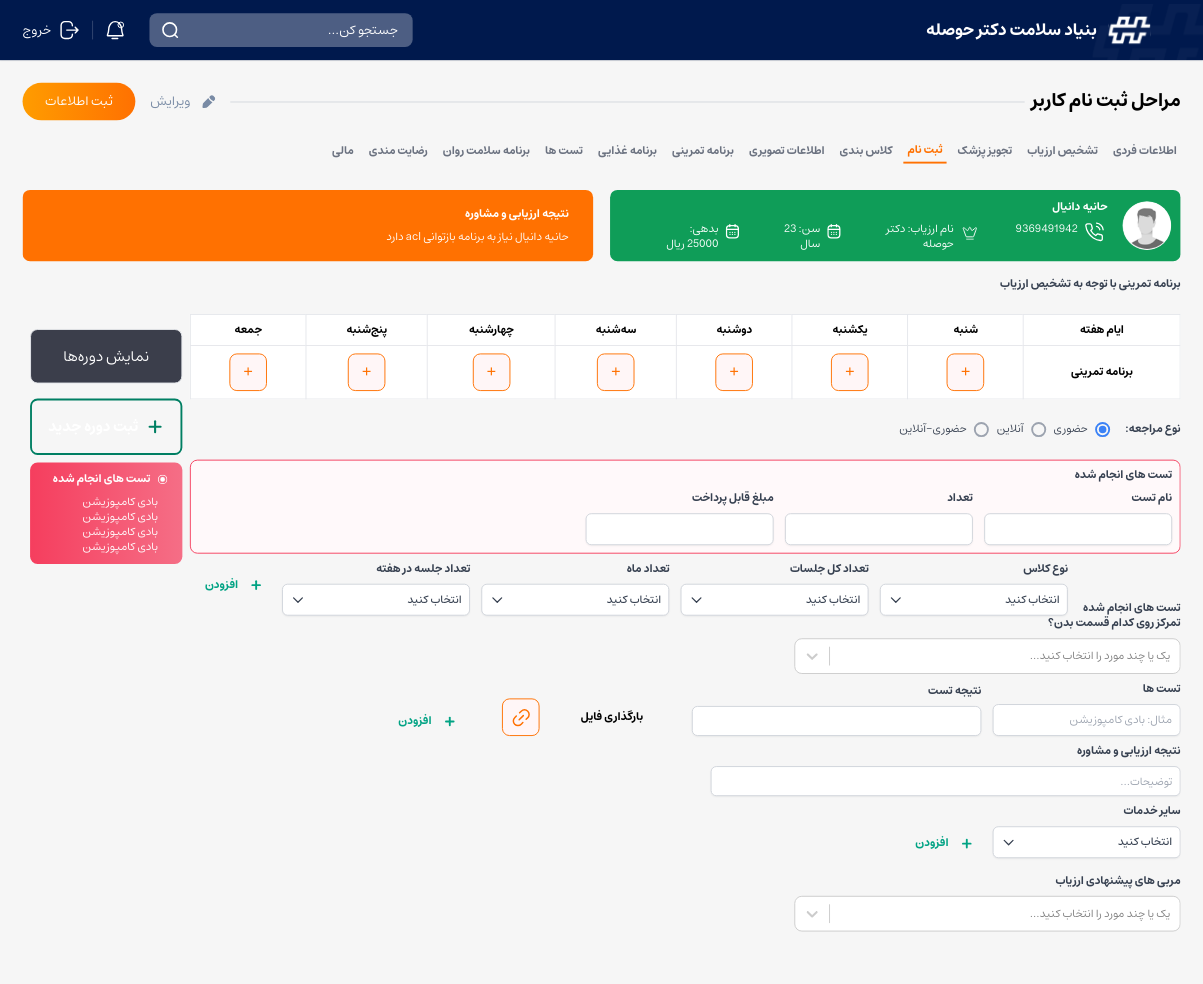
Repository: mirnajafi/ERP_hoseleh_V1.0
Page: /register, after clicking the first element matching `div.flex > :nth-child(4)`
The author's editor kept a copy of each file at every save. The page is drawn from the files as they stood at one save, then again after a run of saves.
The browser window is 1280 px wide. The pictures show the whole page, at 94% of full size.
Some web fonts or font styles are not loaded; a fallback is used. The project was rebuilt for these pictures with package versions that can differ from the ones it lists, and the page was loaded fresh each time. The framework's server and built-in components were replaced by stand-ins that run in the browser. Also part of the build but not shown: next.config.mjs, src/components/icons/trash.tsx, src/components/weekTable/weekTable.css, src/components/icons/copy.tsx, src/components/recognitionEvaluator/recognitionEvaluator.tsx.

Above is the page before, as saved 2025-02-28 23:53:01.

### src/app/layout.tsx
/* eslint-disable @next/next/no-img-element */
import type { Metadata } from "next";
import Header from "@/components/layout/Header";
import "@/app/globals.css";


export const metadata: Metadata = {
  title: "دکتر حوصله",
  description: "بنیاد سلامت دکتر حوصله",
};

export default function RootLayout({ children }: { children: React.ReactNode }) {
  return (
    <html lang="fa" dir="rtl">
      <body className="bg-dashboard-bg min-h-screen">
        {/* Header includes SidebarToggle, so no need to add Sidebar separately */}
        <Header />
        {/* Main Content Area */}
        <main className="transition-all duration-300 mt-16 p-6">
          {children}
        </main>

      </body>
    </html>
  );
}

### src/app/globals.css
@tailwind base;
@tailwind components;
@tailwind utilities;

@font-face {
  font-family: 'Estedad';
  src: url('/fonts/Estedad-Regular.woff2') format('woff2');
  font-weight: normal;
  font-style: normal;
  font-display: swap;
}

@font-face {
  font-family: 'Estedad';
  src: url('/fonts/Estedad-Bold.woff2') format('woff2');
  font-weight: bold;
  font-style: normal;
  font-display: swap;
}

@font-face {
  font-family: 'Estedad';
  src: url('/fonts/Estedad-Medium.woff2') format('woff2');
  font-weight: 500;
  font-style: normal;
  font-display: swap;
}

@font-face {
  font-family: 'Estedad';
  src: url('/fonts/Light.woff2') format('woff2');
  font-weight: 400;
  font-style: normal;
  font-display: swap;
}

@layer base {
  html {
    font-family: 'Estedad'
  }
}

### src/components/formTab/formTab.tsx
import { useState } from "react";

interface Tab {
  label: string;
  content: React.ReactNode;
}

interface TabsProps {
  tabs: Tab[];
  defaultIndex?: number;
}

const Tabs: React.FC<TabsProps> = ({ tabs, defaultIndex = 0 }) => {
  const [activeIndex, setActiveIndex] = useState(defaultIndex);

  return (
    <div className="w-full overflow-hidden">
      <div className="flex py-3 overflow-x-auto whitespace-nowrap">
        {tabs.map((tab, index) => (
          <button
            key={index}
            className={`ml-2 p-1 text-nowrap text-xs font-bold text-sm focus:outline-none ${activeIndex === index
                ? "border-b-2 border-[#FF7101] text-[#FF7101]"
                : "text-gray-500 hover:text-[#FF7101]"
              }`}
            onClick={() => setActiveIndex(index)}
          >
            {tab.label}
          </button>
        ))}
      </div>

      <div className="py-4">{tabs[activeIndex].content}</div>
    </div>
  );
};

export default Tabs;

### src/components/registration/registration.tsx
import Select from "react-select/base";
import WeekTable from "../weekTable/weekTable";
import TransparentBtn from "../transparentBtn/transparentBtn";
import Dropdown from "../dropdown/dropdown";
import InputDescription from "../inputDescription/inputDescription";
import FileUploader from "../fileUploader/fileUploader";
import Input from "../input/input";
import InformationUserBox from "../informationUserBox/informationUserBox";
import { useState } from "react";
import ResultBox from "../resultBox/resultBox";
import PlusIcon from "../icons/plus";
import LeftSideBox from "../leftSideBox/leftSideBox";
import RadioButton from "../radioBtn/radioBtn";

const Registration = () => {

    const [selectedOptions, setSelectedOptions] = useState([]);


    const handleSelect = (option: string) => {
        console.log("انتخاب شده:", option);
    };
    const handleFileUpload = (files: File[]) => {
        console.log("فایل‌های آپلود شده:", files);
    };

    const [selected, setSelected] = useState<string>("option1");


    const [selectedDay, setSelectedDay] = useState<string>("");

    const handleDaySelect = (day: string) => {
        setSelectedDay(day);
    };

    return (
        <div>
            <div className="w-full flex flex-row">
                <InformationUserBox name="حانیه دانیال" age="23" phoneNumber={'9369491942'} evaluator="دکتر حوصله" debt="25000" imageSrc="/images/defaultUser.png" className="w-1/2 lg:ml-2" />
                <ResultBox resultText={"حانیه دانیال نیاز به برنامه بازتوانی acl دارد"} className="w-1/2 lg:mr-2" />
            </div>



            <div className="flex flex-row  my-4 items-center">
                <label className="mb-2 text-xs font-bold text-gray-700 ml-2">برنامه تمرینی با توجه به تشخیص ارزیاب</label>

            </div>

            <div className="w-full flex flex-row">

                <div className="w-full flex flex-col">
                    <WeekTable
                        apiUrl="https://api.majidvalizadeh.com/jalali/next7"
                        selectedDay={selectedDay}
                        onDaySelect={handleDaySelect}
                    />
                    <div className="flex flex-row my-4">
                        <label className="my-2 text-xs font-bold text-gray-700 ml-4">نوع مراجعه:</label>
                        <RadioButton
                            label="حضوری"
                            name="options"
                            value="option1"
                            checked={selected === "option1"}
                            onChange={setSelected}
                        />
                        <RadioButton
                            label="آنلاین"
                            name="options"
                            value="option2"
                            checked={selected === "option2"}
                            onChange={setSelected}
                        />
                        <RadioButton
                            label="حضوری-آنلاین"
                            name="options"
                            value="option3"
                            checked={selected === "option3"}
                            onChange={setSelected}
                        />
                    </div>


                    <div className="w-full xl:py-2 my-0  flex flex-col  border border-[#F53E5E] rounded-[8px] p-[8px] bg-[#FFF9FA]">
                        <label className="text-xs font-bold text-gray-700 ml-4">تست های انجام شده</label>

                        <div className="flex flex-row">
                            <Input
                                label="نام تست"
                                type="text"
                                value={''}
                                onChange={() => { }}
                                placeholder=""
                            />
                            <Input
                                label="تعداد "
                                type="text"
                                value={''}
                                onChange={() => { }}
                                placeholder=""
                            />

                            <Input
                                label="مبلغ قابل پرداخت"
                                type="text"
                                value={''}
                                onChange={() => { }}
                                placeholder=""
                            />
                        </div>
                    </div>

                    <div className="flex flex-col xl:flex-row w-full xl:items-end xl:justify-right ">
                    <label className="text-xs font-bold text-gray-700 ml-4">تست های انجام شده</label>

                        <Dropdown
                            label="نوع کلاس"
                            options={["گزینه 1", "گزینه 2", "گزینه 3"]}
                            onSelect={handleSelect}
                        />
                        <Dropdown
                            label="تعداد کل جلسات"
                            options={["گزینه 1", "گزینه 2", "گزینه 3"]}
                            onSelect={handleSelect}
                        />
                        <Dropdown
                            label="تعداد ماه"
                            options={["گزینه 1", "گزینه 2", "گزینه 3"]}
                            onSelect={handleSelect}
                        />
                        <Dropdown
                            label="تعداد جلسه در هفته"
                            options={["گزینه 1", "گزینه 2", "گزینه 3"]}
                            onSelect={handleSelect}
                        />
                        <TransparentBtn label='افزودن' />

                    </div>
                </div>

                <div className="w-1/6 p-2 flex flex-col">
                    <button className="bg-[#3B3E4B] text-white p-4 w-full border rounded-[8px] my-2">نمایش دوره‌ها</button>
                    <button className="bg-transparent text-[#007F63] text-white p-4 w-full border-2 border-[#007F63] rounded-[8px] flex items-center justify-center font-bold my-2"><PlusIcon width={20} height={20} /> ثبت دوره جدید</button>
                    <LeftSideBox title={"تست های انجام شده"} test1={"بادی کامپوزیشن"} />
                </div>
            </div>


            <div className="flex flex-col  w-ful xl:w-1/3">
                <label className="mb-2 text-xs font-bold text-gray-700">تمرکز روی کدام قسمت بدن؟</label>
                <Select
                    isMulti
                    options={[
                        { value: "apple", label: "سیب" },
                        { value: "banana", label: "موز" },
                        { value: "orange", label: "پرتقال" },
                        { value: "grape", label: "انگور" },
                        { value: "watermelon", label: "هندوانه" },
                    ]}
                    value={selectedOptions}
                    onChange={setSelectedOptions}
                    placeholder="یک یا چند مورد را انتخاب کنید..."
                    noOptionsMessage={() => "موردی یافت نشد"}
                    isClearable
                    isSearchable
                    className="text-xs "
                    styles={{
                        control: (base) => ({
                            ...base,
                            borderRadius: "8px",
                            borderColor: "#ccc",
                            boxShadow: "none",
                            "&:hover": { borderColor: "#888" },
                        }),
                    }}
                />
            </div>
            <div className="flex flex-col xl:flex-row w-full xl:items-end xl:justify-right ">
                <Input
                    label="تست ها"
                    type="text"
                    value={''}
                    onChange={() => { }}
                    placeholder="مثال: بادی کامپوزیشن "
                />
                <InputDescription
                    label="نتیجه تست"
                    value={''}
                    placeholder=""
                    className="xl:w-1/4 max-w-[500px]"
                />

                <FileUploader onFileUpload={handleFileUpload} accept="image/*" multiple />
                <TransparentBtn label='افزودن' />
            </div>
            <div className="flex flex-col xl:flex-row w-full xl:items-end xl:justify-right ">

                <InputDescription
                    label="نتیجه ارزیابی و مشاوره"
                    value={''}
                    placeholder="توضیحات..."
                    className="xl:w-1/2 max-w-[500px]"
                    height="h-24"
                />

            </div>


            <div className="flex flex-col xl:flex-row w-full xl:items-end xl:justify-right ">
                <Dropdown
                    label="سایر خدمات"
                    options={["گزینه 1", "گزینه 2", "گزینه 3"]}
                    onSelect={handleSelect}
                />
                <TransparentBtn label='افزودن' />

            </div>
            <div className="flex flex-col  w-ful xl:w-1/3 my-4">
                <label className="mb-2 text-xs font-bold text-gray-700">مربی های پیشنهادی ارزیاب</label>
                <Select
                    isMulti
                    options={[
                        { value: "apple", label: "سیب" },
                        { value: "banana", label: "موز" },
                        { value: "orange", label: "پرتقال" },
                        { value: "grape", label: "انگور" },
                        { value: "watermelon", label: "هندوانه" },
                    ]}
                    value={selectedOptions}
                    onChange={setSelectedOptions}
                    placeholder="یک یا چند مورد را انتخاب کنید..."
                    noOptionsMessage={() => "موردی یافت نشد"}
                    isClearable
                    isSearchable
                    className="text-xs "
                    styles={{
                        control: (base) => ({
                            ...base,
                            borderRadius: "8px",
                            borderColor: "#ccc",
                            boxShadow: "none",
                            "&:hover": { borderColor: "#888" },
                        }),
                    }}
                />
            </div>


        </div>
    )

}
export default Registration;

### src/components/SearchInput/SearchInput.tsx
/* eslint-disable @next/next/no-img-element */
"use client";

interface SearchInputProps {
  placeholder?: string;
  className?: string;
}

export default function SearchInput({ placeholder = "جستجو کن...", className = "" }: SearchInputProps) {
  return (
    <div className="relative w-[280px]">
      <input
        type="text"
        placeholder={placeholder}
        className={`w-full h-9 bg-white bg-opacity-30 rounded-lg px-4 text-white placeholder:text-white text-sm focus:outline-none ${className}`}
      />
      <img
        src="/icons/left-icon.svg"
        alt="search"
        className="absolute left-2 top-1/2 -translate-y-1/2 w-7 h-7 brightness-0 invert"
      />
    </div>
  );
}

### src/components/formHeader/formHeader.css
.customeGradient{
    background: linear-gradient(270deg, #FF7101 0%, #FF9C00 100%);
    color: white;
    border-radius: 50px;
    padding:  10px 24px;
}

### src/components/transparentBtn/transparentBtn.tsx
'use client'; // اضافه کردن این خط برای فعال کردن کامپوننت در Client-side

import React from "react";

interface BtnProps {
    label: string;
}

const TransparentBtn: React.FC<BtnProps> = ({ label }) => {

    return (
        <div className="w-250px text-[#01A384] h-full flex xl:items-center xl:justify-center">
            <button className="flex flex-row p-2  h-full flex items-center justify-center font-bold text-xs
">
                <svg width="15" height="15" viewBox="0 0 14 15" fill="none" xmlns="http://www.w3.org/2000/svg" className="ml-3">
                    <path d="M7 3.41666V11.5833" stroke="#01A384" stroke-width="2" stroke-linecap="round" stroke-linejoin="round" />
                    <path d="M2.91602 7.5H11.0827" stroke="#01A384" stroke-width="2" stroke-linecap="round" stroke-linejoin="round" />
                </svg>
                {label}
            </button>
        </div>
    );
};

export default TransparentBtn;

### src/components/inputDescription/inputDescription.tsx
'use client';  // اضافه کردن این خط برای فعال کردن کامپوننت در Client-side

import React from "react";

interface InputProps {
  label: string;
  value: string;
  placeholder?: string;
  required?: boolean;
  className?: string;
  height?:string;
}

const InputDescription: React.FC<InputProps> = ({
  label,
  value,
  placeholder,
  required = false,
  className = "",
  height
}) => {
  return (
    <div className={`w-full xl:w-1/2 ml-3 max-w-[500px] ${className}`}>
      <label className="block text-xs text-gray-700 mb-2 mt-4 xl:my-2 font-bold font-bold">{label}</label>

      <textarea
        value={value}
        placeholder={placeholder}
        required={required}
        className={`block w-full h-8 ${height} p-2 resize-none max-w-200 overflow-hidden text-xs border border-gray-300 rounded-md shadow-sm focus:outline-none focus:ring-2 focus:ring-indigo-500 focus:border-indigo-500`}
      />
    </div>
  );
};

export default InputDescription;

### src/components/resultBox/resultBox.tsx
'use client';

import React from "react";
import './resultBox.css';


interface ResultBoxProps {
    resultText: string;
    className?: string;
}

const ResultBox: React.FC<ResultBoxProps> = ({
    resultText,
    className
}) => {
    return (
        <div className={`w-full flex flex-col lg:flex-row containResultBox text-xs ${className}`}>
            <div className="flex flex-col mr-4">
                <div className="font-bold">نتیجه ارزیابی و مشاوره</div>
                <div className="flex flex-col justify-center items-start lg:flex-row mt-2">
                    <span className="ml-10 flex flex-row-reverse">{resultText}</span>
                </div>
            </div>
        </div>
    );
};

export default ResultBox;

### src/components/icons/plus.tsx
'use client';

import React from "react";

interface IconProps {
    width?: number;
    height?: number;
    color?: string;
}

const PlusIcon: React.FC<IconProps> = ({ width, height }) => {
    return (
        <svg width={width} height={height} viewBox="0 0 36 36" fill="none" className="ml-2" xmlns="http://www.w3.org/2000/svg">
        <path d="M18 7.5V28.5" stroke="#007F63" stroke-width="4" stroke-linecap="round" stroke-linejoin="round"/>
        <path d="M7.5 18H28.5" stroke="#007F63" stroke-width="4" stroke-linecap="round" stroke-linejoin="round"/>
        </svg>


    );
};

export default PlusIcon;

### src/components/radioBtn/radioBtn.tsx
import React from "react";

interface RadioButtonProps {
  label: string;
  name: string;
  value: string;
  checked: boolean;
  onChange: (value: string) => void;
}

const RadioButton: React.FC<RadioButtonProps> = ({ label, name, value, checked, onChange }) => {
  return (
    <label className="flex items-center space-x-2 cursor-pointer text-xs">
      <input
        type="radio"
        name={name}
        value={value}
        checked={checked}
        onChange={() => onChange(value)}
        className="hidden"
      />
      <div
        className={`w-4 h-4 rounded-full border-2 ${
          checked ? "border-blue-500" : "border-gray-400"
        } flex items-center justify-center transition-all`}
      >
        {checked && <div className="w-2 h-2 bg-blue-500 rounded-full" />}
      </div>
      <span className="text-gray-700">{label}</span>
    </label>
  );
};

export default RadioButton;

### src/components/icons/uploader.tsx
'use client';

import React from "react";

interface IconProps {
    width?: number;
    height?: number;
    color?: string;
}

const UploaderIcon: React.FC<IconProps> = ({ width, height }) => {
    return (<svg width={width} height={height} viewBox="0 0 24 24" fill="none" xmlns="http://www.w3.org/2000/svg">
        <path d="M14.1211 9.87866L9.87845 14.1213" stroke="#FF7101" stroke-width="1.5" stroke-linecap="round" />
        <path d="M10.334 7.00003L12.0006 5.33336C13.8416 3.49239 16.8264 3.49239 18.6673 5.33335V5.33335C20.5083 7.17431 20.5083 10.1591 18.6673 12.0001L17.0007 13.6667" stroke="#FF7101" stroke-width="1.5" stroke-linecap="round" />
        <path d="M13.666 17L11.9994 18.6666C10.1584 20.5076 7.17362 20.5076 5.33266 18.6666V18.6666C3.4917 16.8257 3.4917 13.8409 5.33266 11.9999L6.99934 10.3333" stroke="#FF7101" stroke-width="1.5" stroke-linecap="round" />
    </svg>
    );
};

export default UploaderIcon;

### src/components/informationUserBox/informationUserBox.css
.containInfoBox {
  background: #0f9d58;
  color: white;
  justify-content: right;
  align-items: center;
  padding: 10px;
  border-radius: 8px;
}
.imageUser {
  border-radius: 100%;
}

### src/components/resultBox/resultBox.css
.containResultBox {
  background: #FF7101;
  color: white;
  justify-content: right;
  align-items: center;
  padding: 10px;
  border-radius: 8px;
  margin-right: 10px;
}

### src/components/leftSideBox/leftSideBox.css
.containLeftSideBox {
  background: linear-gradient(270deg, #F56E86 0%, #F53E5E 100%);
  color: white;
  justify-content: right;
  align-items: center;
  padding: 10px;
  border-radius: 8px;
}
.special-margin{
  margin-right: -10px;
}

### src/components/icons/circle.tsx

'use client';

import React from "react";

interface IconProps {
    width?: number;
    height?: number;
    color?: string;
}

const CircleIcon: React.FC<IconProps> = ({ width = 21, height = 22 }) => {
    return (
        <svg width={width} height={height} viewBox="0 0 12 12" className="ml-2" fill="none" xmlns="http://www.w3.org/2000/svg">
            <rect width="12" height="12" rx="6" fill="white" />
            <rect x="2" y="2" width="8" height="8" rx="4" fill="white" />
            <rect x="2" y="2" width="8" height="8" rx="4" stroke="#F56B84" stroke-width="2" />
        </svg>

    );
};

export default CircleIcon;

### tailwind.config.ts
import type { Config } from "tailwindcss";

const config: Config = {
  content: [
    "./src/pages/**/*.{js,ts,jsx,tsx,mdx}",
    "./src/components/**/*.{js,ts,jsx,tsx,mdx}",
    "./src/containers/**/*.{js,ts,jsx,tsx,mdx}",
    "./src/app/**/*.{js,ts,jsx,tsx,mdx}",
  ],
  theme: {
    extend: {
      colors: {
        "deep-blue": "#1E3A8A",
        "green": "#8BC34A",
        "orange": "#F97316",
        "red": "#E02D40",
        "yellow": "#FBBF24",
        background: "var(--background)",
        foreground: "var(--foreground)",
        secondry: {
          blue: {
            900: "#00194D",
          },
        },
        primery: {
          600: "#FF7101"
        },
        dashboard: {
          bg: "#F6F6F6"
        }
      },
    },
  },
  plugins: [],
};
export default config;

Loaded but not shown: src/components/personalInfo/personalInfo.tsx (302 lines, source omitted); src/components/weekTable/weekTable.tsx (87 lines, source omitted); src/components/dropdown/dropdown.tsx (69 lines, source omitted); src/components/icons/evaluator.tsx (26 lines, source omitted); src/components/inputDate/inputDate.tsx (67 lines, source omitted); src/components/informationUserBox/informationUserBox.tsx (61 lines, source omitted); src/components/icons/calendar.tsx (35 lines, source omitted); src/components/icons/phoneNumber.tsx (20 lines, source omitted); src/components/formHeader/formHeader.tsx (32 lines, source omitted); src/components/fileUploader/fileUploader.tsx (54 lines, source omitted); src/components/layout/Header.tsx (44 lines, source omitted); src/app/register/page.tsx (48 lines, source omitted); src/components/leftSideBox/leftSideBox.tsx (35 lines, source omitted); src/components/input/input.tsx (40 lines, source omitted)

After the next 2 saves:
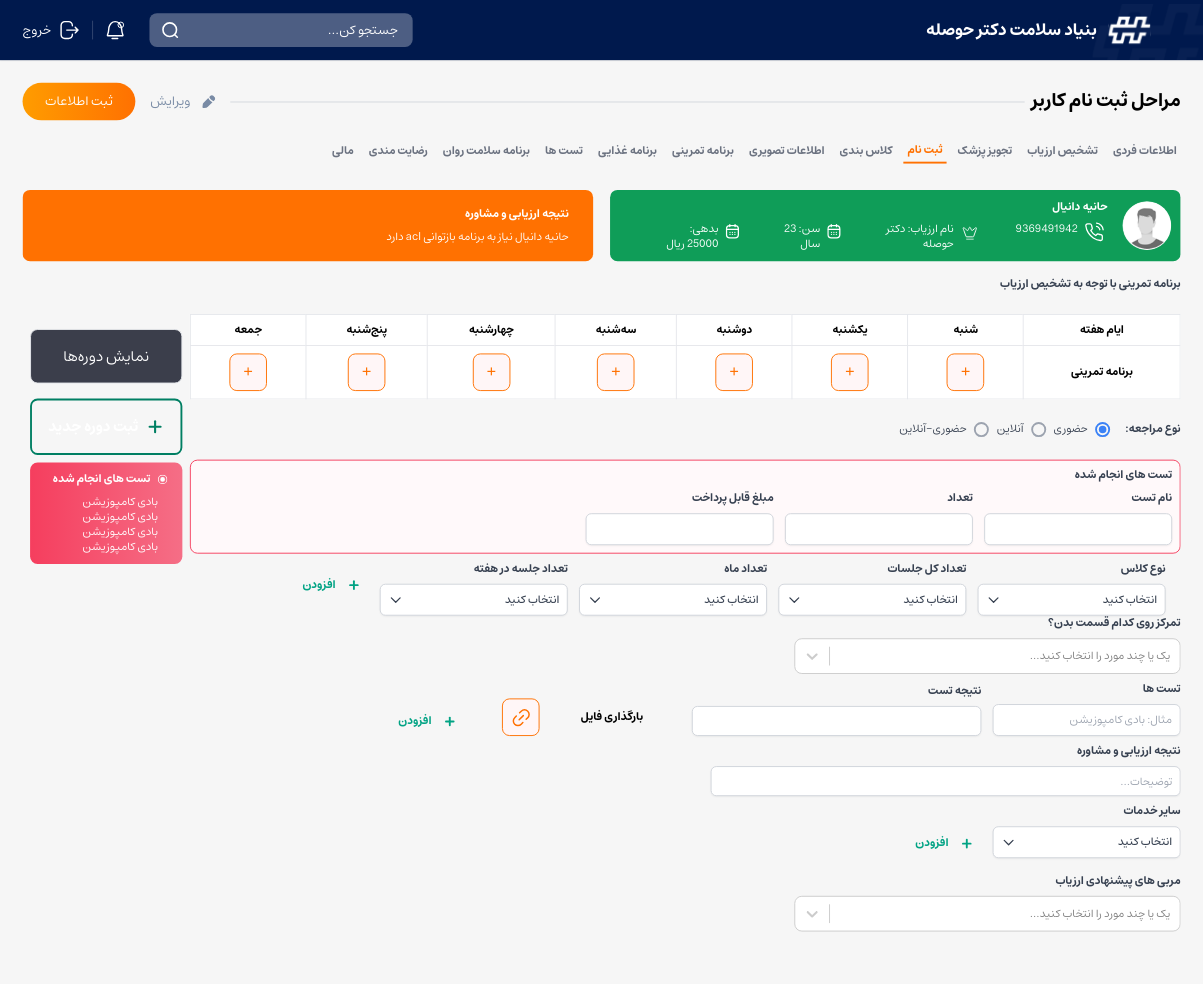
The 2 saves are shown as one change because they came seconds apart.
The last was saved 10 s later.
--- a/src/components/registration/registration.tsx
+++ b/src/components/registration/registration.tsx
@@ -111,7 +111,7 @@ const Registration = () => {
                     </div>
 
                     <div className="flex flex-col xl:flex-row w-full xl:items-end xl:justify-right ">
-                    <label className="text-xs font-bold text-gray-700 ml-4">تست های انجام شده</label>
+                    <label className="text-xs font-bold text-gray-700 ml-4"></label>
 
                         <Dropdown
                             label="نوع کلاس"
